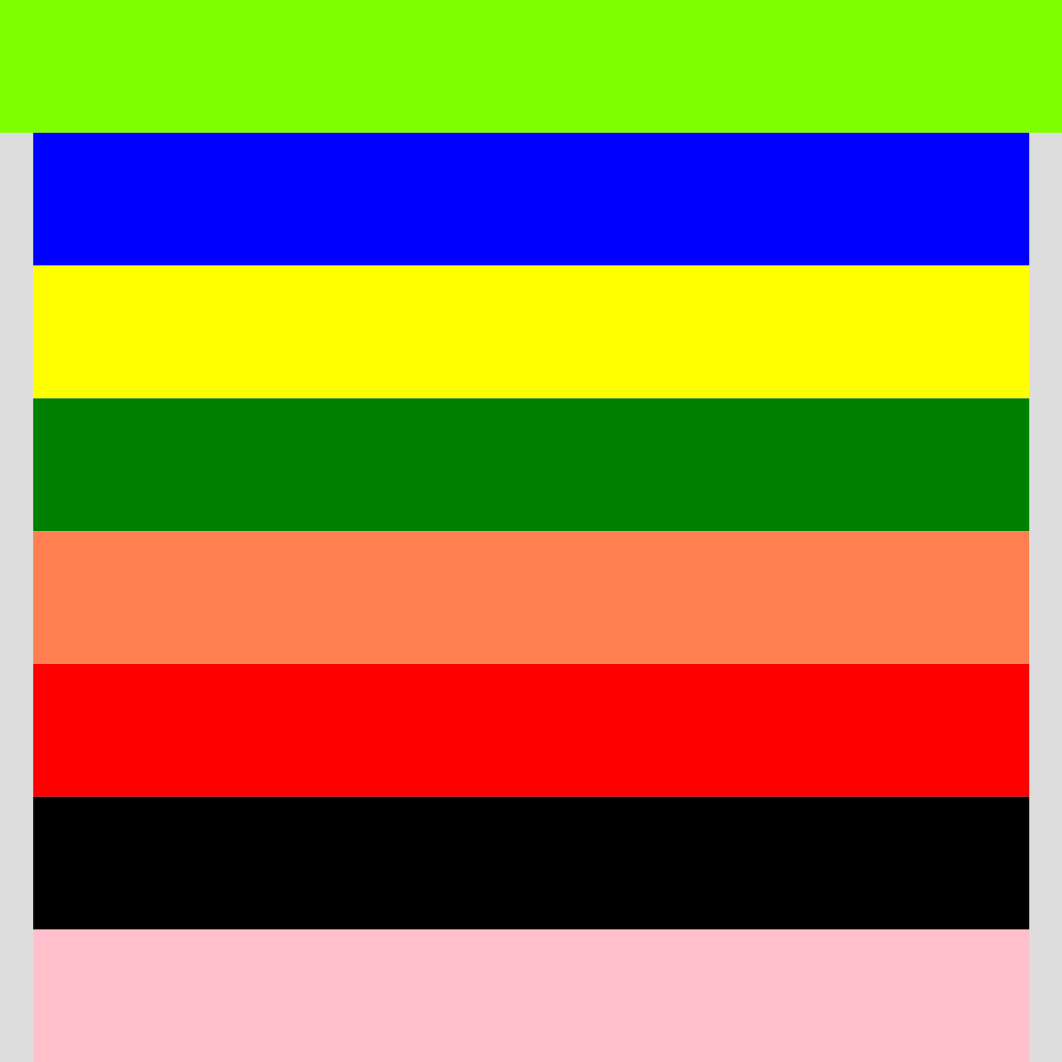
Repository: rafavirginio/clone-do-youtube
Page: index.html
These files come from the project's save history. The page is drawn as it stood at one moment and after the next save; the edit follows.
The browser window is 1280 px wide. The pictures show the whole page, at 83% of full size.

Above is the page before, as saved 2020-09-28 17:47:32.

### index.html
<!DOCTYPE html>
<html lang="pt">

<head>
    <meta charset="UTF-8">
    <meta name="viewport" content="width=device-width, initial-scale=1.0">
    <title>Youtube</title>
    <link rel="stylesheet" href="style.css">
</head>

<body>
    <header></header>
    <main>
        <section class="video-player"></section>
        <section class="video-info"></section>
        <section class="actions"></section>
        <section class="channel"></section>
        <section class="subscribe"></section>
        <section class="ad"></section>
        <section class="up-next"></section>
    </main>


</body>

</html>

### style.css
/* Reset CSS */

* {
    margin: 0;
    paddinh: 0;
    box-sizing: border-box;
}

body {
    background-color: #ddd;
}

header {
    background-color: chartreuse;
}

header,
section {
    padding: 5rem;
}

main {
    max-width: 1200px;
    margin: auto;
    display: grid;
}

.video-player {
    background-color: blue;
}

.video-info {
    background-color: yellow;
}

.actions {
    background-color: green;
}

.channel {
    background-color: coral;
}

.subscribe {
    background-color: red;
}

.ad {
    background-color: black;
}

.up-next {
    background-color: pink;
}

After the next save:
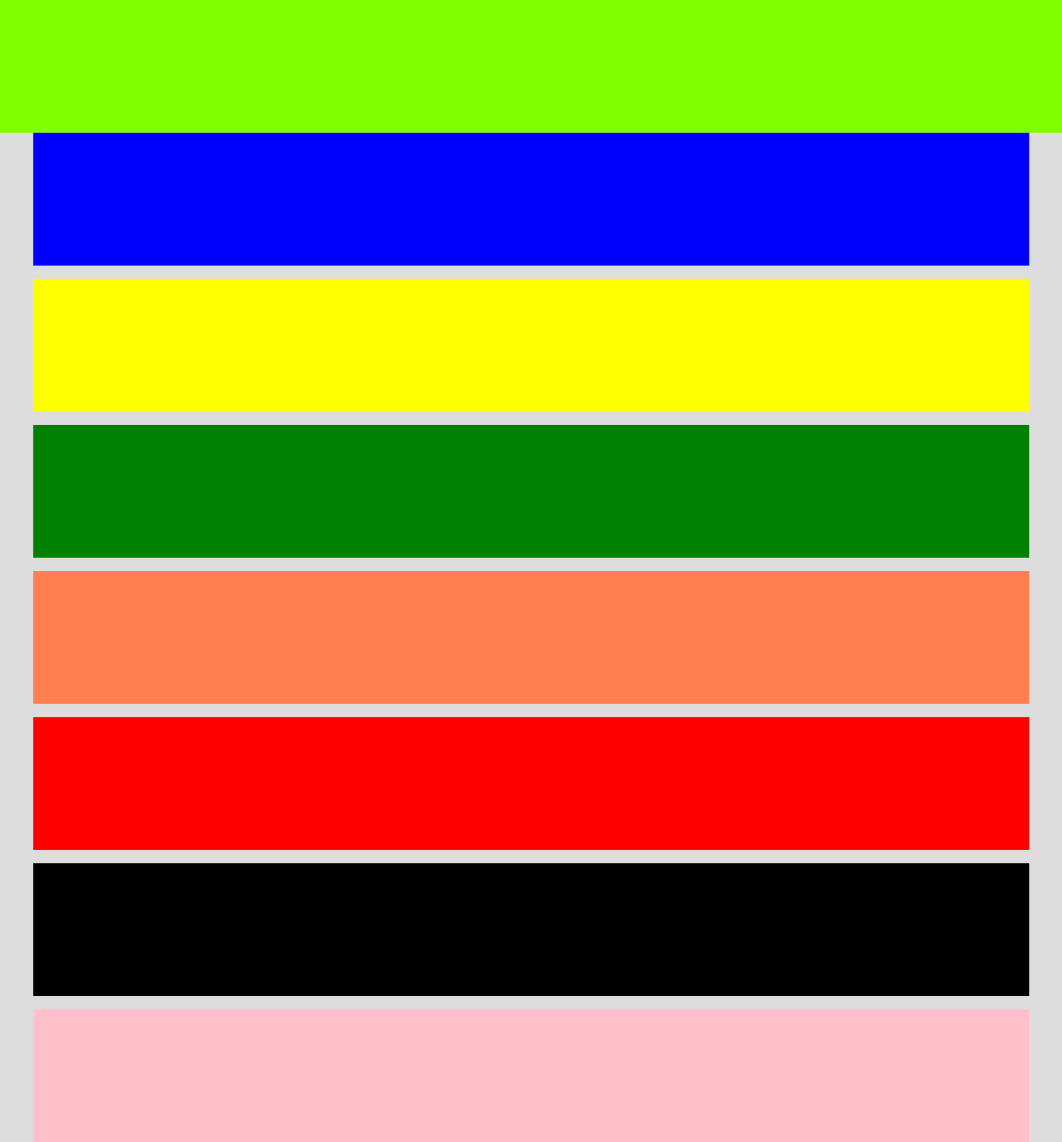
Saved 91 s later.
--- a/style.css
+++ b/style.css
@@ -23,6 +23,7 @@
     max-width: 1200px;
     margin: auto;
     display: grid;
+    grid-gap: 1rem;
 }
 
 .video-player {
